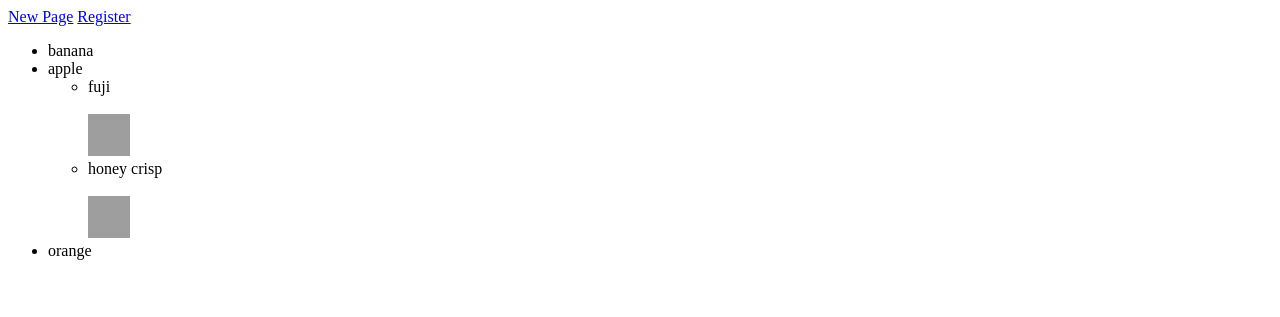
Repository: rileymeye1/ZTM
Page: index.html
These files come from the project's save history. The page is drawn as it stood at one moment and after the next save; the edit follows.
The browser window is 1280 px wide. The pictures show the whole page.
Pictures or frames that could not be fetched are drawn as grey boxes.

Above is the page before, as saved 2024-08-17 21:45:44.

### index.html
<!DOCTYPE html>
<html>
  <head>
    <meta charset="utf-8" />
    <meta name="viewport" content="width=device-width, initial-scale=1" />
    <title>My first website!</title>
  </head>
  <body>
    <a href="newpage.html">New Page</a>
    <a href="register.html">Register</a>
    <ul>
      <li>banana</li>
      <li>apple</li>
      <ul>
        <li>fuji</li><br>
        <img src="https://doorstepproduce.com/cdn/shop/products/6000200094512.jpg?v=1601387354&width=600" width="42" height="42">
        <li>honey crisp</li><br>
        <img src="https://encrypted-tbn0.gstatic.com/images?q=tbn:ANd9GcQoLeE2c_epjmes2zDrltjoG-a19flbbFHncA&s" width="42" height="42">
      </ul>
      <li>orange</li>
    </ul>
  </body>
</html>

After the next save:
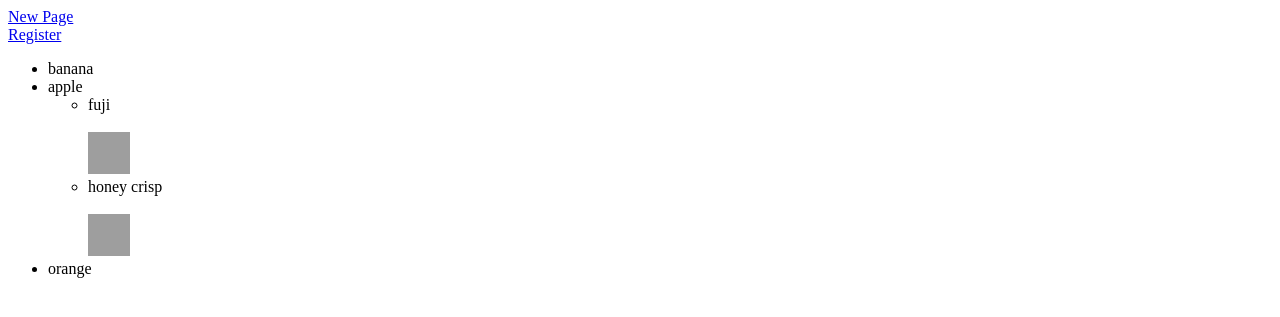
Saved 47 s later.
--- a/index.html
+++ b/index.html
@@ -6,7 +6,7 @@
     <title>My first website!</title>
   </head>
   <body>
-    <a href="newpage.html">New Page</a>
+    <a href="newpage.html">New Page</a><br>
     <a href="register.html">Register</a>
     <ul>
       <li>banana</li>
